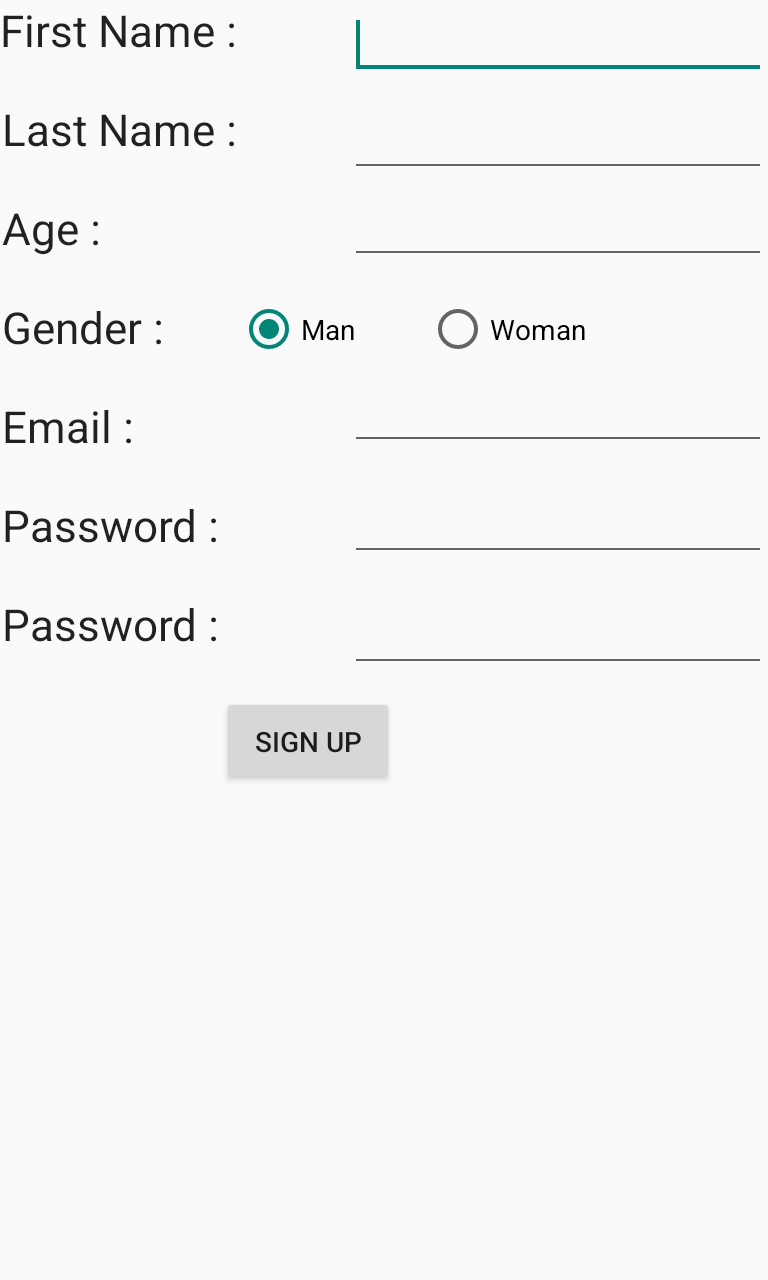
Repository: HAYKEL88/MASTER2_PFE
Layout: PFE_ANDROID/res/layout/activity_sign_up.xml
These files come from the project's save history. The layout is drawn as it stood at one moment and after the next save; the edit follows.
It is drawn on a 768 x 1280 px phone screen (xhdpi) without system bars, with theme AppTheme; the app's code is not run.

Above is the layout before, as saved 2014-12-20 13:49:54.

After the next save:
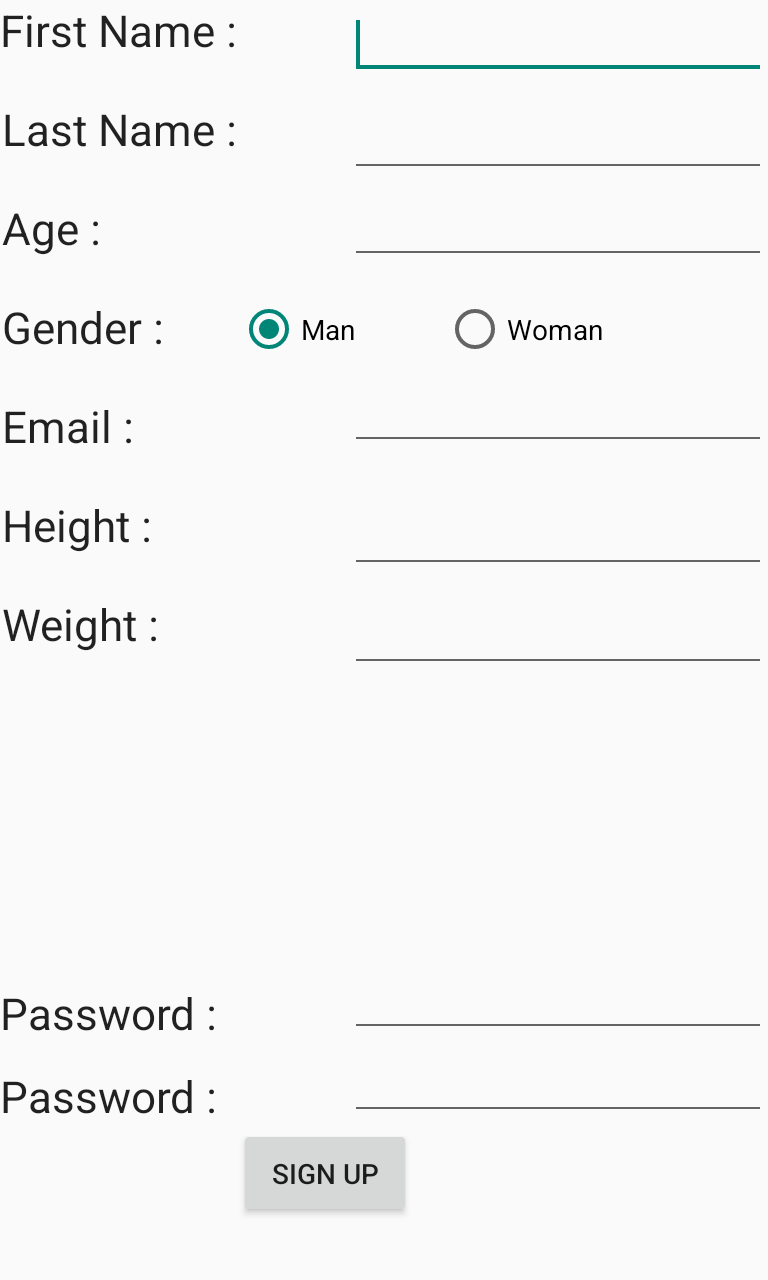
Saved 2 min 32 s later.
--- a/PFE_ANDROID/res/layout/activity_sign_up.xml
+++ b/PFE_ANDROID/res/layout/activity_sign_up.xml
@@ -60,7 +60,7 @@
         android:layout_alignLeft="@+id/textView5"
         android:layout_below="@+id/textView5"
         android:layout_marginTop="20dp"
-        android:text="Password :"
+        android:text="Height :"
         android:textAppearance="?android:attr/textAppearanceLarge" />
 
     <TextView
@@ -70,7 +70,7 @@
         android:layout_alignLeft="@+id/textView6"
         android:layout_below="@+id/textView6"
         android:layout_marginTop="20dp"
-        android:text="Password :"
+        android:text="Weight :"
         android:textAppearance="?android:attr/textAppearanceLarge" />
 
     <EditText
@@ -94,16 +94,6 @@
         android:ems="10"
         android:inputType="textPersonName" />
 
-    <Button
-        android:id="@+id/btnsignup"
-        android:layout_width="wrap_content"
-        android:layout_height="wrap_content"
-        android:layout_below="@+id/textView7"
-        android:layout_marginTop="20dp"
-        android:layout_toRightOf="@+id/textView7"
-        android:text="Sign Up"
-        android:onClick="sign_Up"/>
-
     <TextView
         android:id="@+id/tvResponse"
         android:layout_width="wrap_content"
@@ -111,8 +101,6 @@
         android:layout_alignParentBottom="true"
         android:layout_alignParentLeft="true"
         android:layout_alignParentRight="true"
-        android:layout_below="@+id/btnsignup"
-        android:layout_marginTop="15dp"
         android:inputType="textMultiLine"
         android:text=""
         android:textAppearance="?android:attr/textAppearanceLarge" />
@@ -164,23 +152,67 @@
         android:ems="10"
         android:inputType="textEmailAddress" />
 
+    <Button
+        android:id="@+id/btnsignup"
+        android:layout_width="wrap_content"
+        android:layout_height="wrap_content"
+        android:layout_above="@+id/tvResponse"
+        android:layout_alignLeft="@+id/rbMan"
+        android:onClick="sign_Up"
+        android:text="Sign Up" />
+
+    <TextView
+        android:id="@+id/TextView02"
+        android:layout_width="wrap_content"
+        android:layout_height="wrap_content"
+        android:layout_above="@+id/btnsignup"
+        android:layout_alignParentLeft="true"
+        android:text="Password :"
+        android:textAppearance="?android:attr/textAppearanceLarge" />
+
+    <EditText
+        android:id="@+id/etPassword2"
+        android:layout_width="wrap_content"
+        android:layout_height="wrap_content"
+        android:layout_alignBottom="@+id/TextView02"
+        android:layout_alignParentRight="true"
+        android:ems="10"
+        android:inputType="textPassword" />
+
+    <TextView
+        android:id="@+id/TextView01"
+        android:layout_width="wrap_content"
+        android:layout_height="wrap_content"
+        android:layout_above="@+id/etPassword2"
+        android:layout_alignParentLeft="true"
+        android:text="Password :"
+        android:textAppearance="?android:attr/textAppearanceLarge" />
+
     <EditText
         android:id="@+id/etPassword1"
         android:layout_width="wrap_content"
         android:layout_height="wrap_content"
-        android:layout_alignBaseline="@+id/textView6"
-        android:layout_alignBottom="@+id/textView6"
+        android:layout_alignBottom="@+id/TextView01"
         android:layout_alignParentRight="true"
         android:ems="10"
         android:inputType="textPassword" />
 
     <EditText
-        android:id="@+id/etPassword2"
+        android:id="@+id/etHeight"
+        android:layout_width="wrap_content"
+        android:layout_height="wrap_content"
+        android:layout_alignParentRight="true"
+        android:layout_alignTop="@+id/textView6"
+        android:ems="10"
+        android:inputType="numberPassword" />
+
+    <EditText
+        android:id="@+id/etWeight"
         android:layout_width="wrap_content"
         android:layout_height="wrap_content"
         android:layout_alignParentRight="true"
         android:layout_alignTop="@+id/textView7"
         android:ems="10"
-        android:inputType="textPassword" />
+        android:inputType="numberPassword" />
 
 </RelativeLayout>
